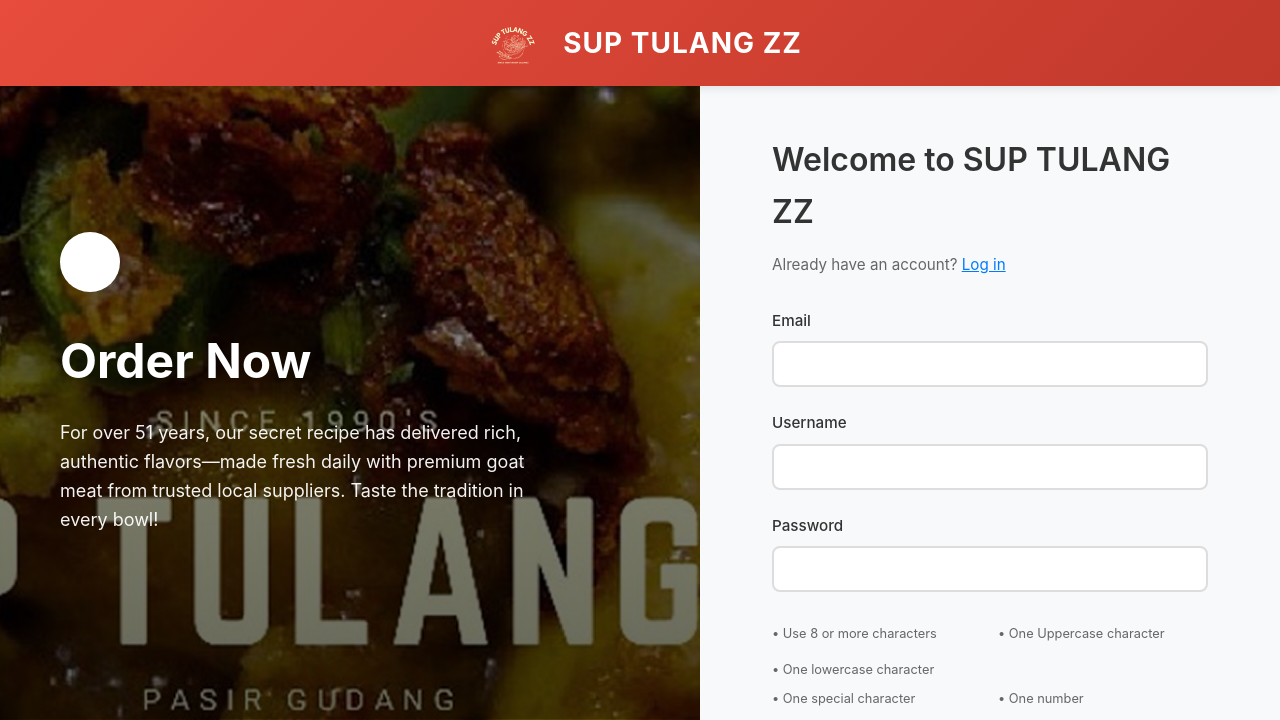
Repository: YIsheng2002/web-frontend
Page: view/member/userSignUp.html
An editor plug-in stored every save of this project. The page is shown before and after the next save, followed by the edit.
The browser window is 1280 px wide. The pictures show the whole page.
An inner scrolling area shows only its first screen.

Above is the page before, as saved 2025-06-13 22:40:00.

After the next save:
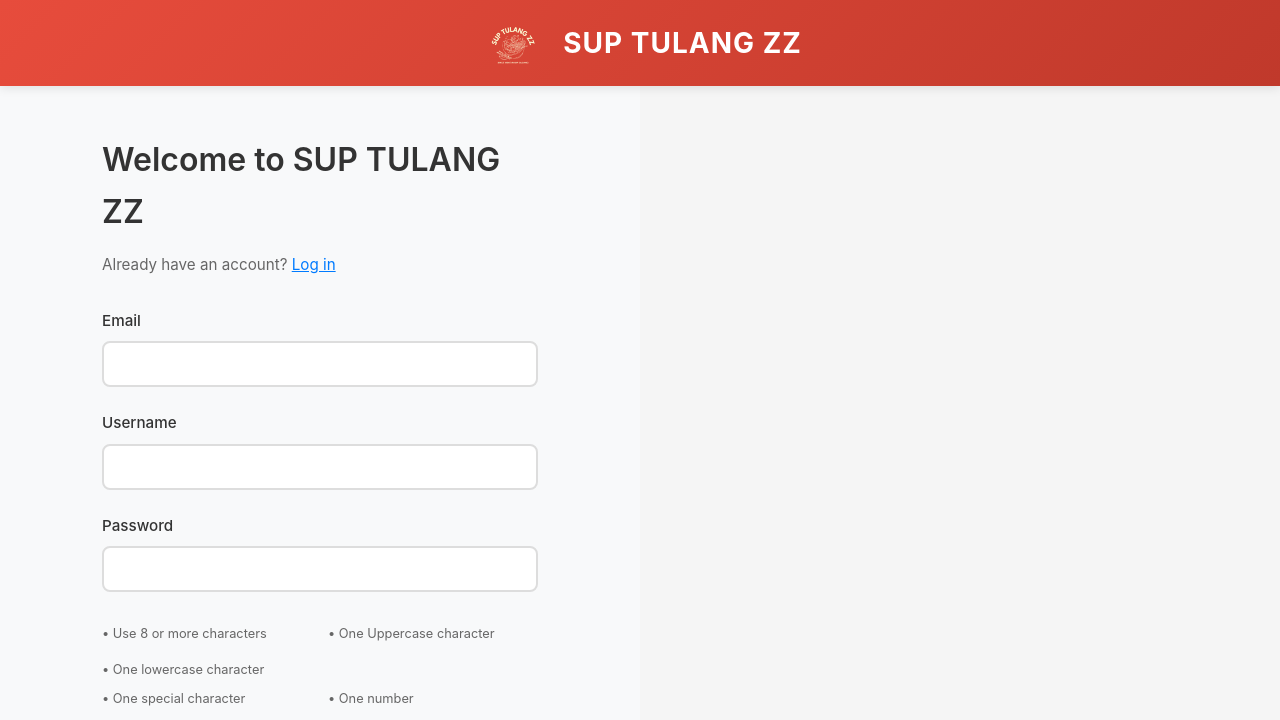
Saved 63 s later.
--- a/view/member/userSignUp.html
+++ b/view/member/userSignUp.html
@@ -25,18 +25,7 @@
         </div>
     </header>
     <div class="container">
-        <!-- Right side - Registration Form -->
-        <div class="order-section">
-            <div class="order-content">
-                <div class="order-badge"></div>
-                <h1 class="order-title">Order Now</h1>
-                <p class="order-description">
-                    For over 51 years, our secret recipe has delivered rich, authentic flavors—made fresh daily with premium goat meat from trusted local suppliers. Taste the tradition in every bowl!
-                </p>
-            </div>
-        </div>
-
-        <!-- Left side - Background Image-->
+        <!-- Left side - Registration Form -->
         <div class="form-section">
 
             <main class="form-container">
@@ -78,6 +67,8 @@
                 </form>
             </main>
         </div>
+
+
     </div>
 
     <script>
